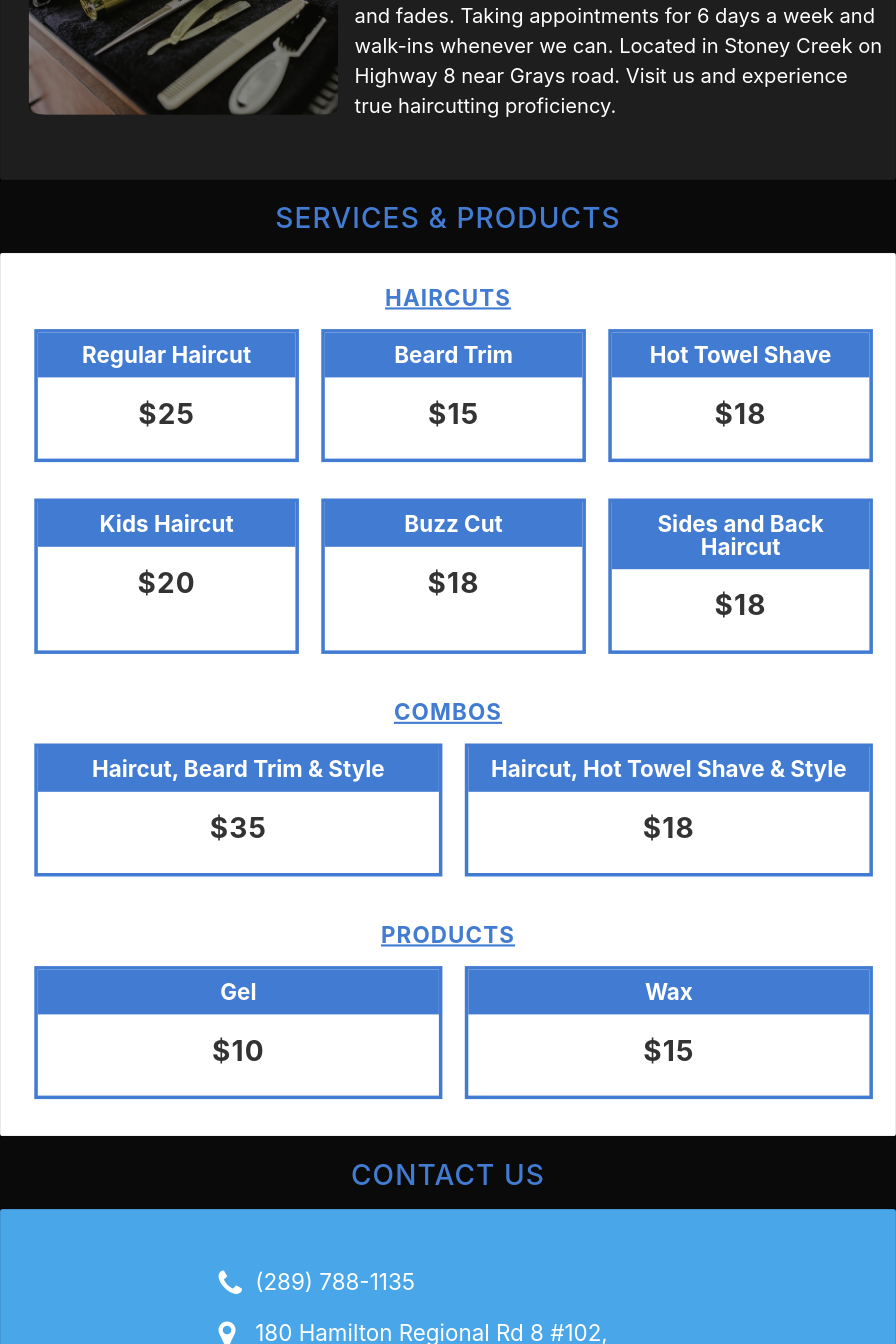
Repository: ofovweewere/haircutPal
Page: /
An editor plug-in stored every save of this project. The page is shown before and after the next save, followed by the edit.
The browser window is 1280 px wide. The pictures show the part of the page from y = 1163 to 3083 px (the page is 3742 px tall), at 70% of full size.
The project was rebuilt for these pictures with package versions that can differ from the ones it lists, and the page was loaded fresh each time. Also part of the build but not shown: src/tutorial/0-Practice/heading.js, src/tutorial/0-Practice/checkboxOption.js, src/tutorial/0-Practice/footing.js, src/tutorial/0-Practice/booking.js, src/tutorial/0-Practice/error.js.

Above is the page before, as saved 2022-06-24 04:46:16.

### public/index.html
<!DOCTYPE html>
<html lang="en">
  <head>
    <meta charset="utf-8" />
    <link rel="icon" href="%PUBLIC_URL%/favicon.ico" />
    <meta name="viewport" content="width=device-width, initial-scale=1" />
    <meta name="theme-color" content="#000000" />
    <meta
      name="description"
      content="Web site created using create-react-app"
    />
    <link rel="apple-touch-icon" href="%PUBLIC_URL%/logo192.png" />
    <!--
      manifest.json provides metadata used when your web app is installed on a
      user's mobile device or desktop. See https://developers.google.com/web/fundamentals/web-app-manifest/
    -->
    <link rel="manifest" href="%PUBLIC_URL%/manifest.json" />
    <!--
      Notice the use of %PUBLIC_URL% in the tags above.
      It will be replaced with the URL of the `public` folder during the build.
      Only files inside the `public` folder can be referenced from the HTML.

      Unlike "/favicon.ico" or "favicon.ico", "%PUBLIC_URL%/favicon.ico" will
      work correctly both with client-side routing and a non-root public URL.
      Learn how to configure a non-root public URL by running `npm run build`.
    -->
    <title>React App</title>
  </head>
  <body class="Site">
    <noscript>You need to enable JavaScript to run this app.</noscript>
    <div id="root"></div>
    <!--
      This HTML file is a template.
      If you open it directly in the browser, you will see an empty page.

      You can add webfonts, meta tags, or analytics to this file.
      The build step will place the bundled scripts into the <body> tag.

      To begin the development, run `npm start` or `yarn start`.
      To create a production bundle, use `npm run build` or `yarn build`.
    -->
  </body>
</html>

### src/index.js
import React from 'react';
import ReactDOM from 'react-dom';

import App from './App';
// import '../node_modules/jquery/dist/jquery.min.js';
import '../node_modules/bootstrap/dist/css/bootstrap.min.css';
import '../node_modules/bootstrap/dist/js/bootstrap.min.js';
import '../node_modules/font-awesome/css/font-awesome.min.css';

import './index.css';
ReactDOM.render(
  <React.StrictMode>
    <App />
  </React.StrictMode>,
  document.getElementById('root')
);

### src/App.js
import React from 'react';
import Setup from './tutorial/0-Practice/index.js';
// import Setup from './tutorial/2-useEffect/final/3-useEffect-fetch-data.js';
function App() {
  return (
    <div >
      <Setup />
    </div>
  );
  }

export default App;

### src/index.css
/*
===============
Variables
===============
*/

:root {
  /* dark shades of primary color*/
  --clr-primary-1: hsl(205, 86%, 17%);
  --clr-primary-2: hsl(205, 77%, 27%);
  --clr-primary-3: hsl(205, 72%, 37%);
  --clr-primary-4: hsl(205, 63%, 48%);
  /* primary/main color */
  --clr-primary-5: hsl(205, 78%, 60%);
  /* lighter shades of primary color */
  --clr-primary-6: hsl(205, 89%, 70%);
  --clr-primary-7: hsl(205, 90%, 76%);
  --clr-primary-8: hsl(205, 86%, 81%);
  --clr-primary-9: hsl(205, 90%, 88%);
  --clr-primary-10: hsl(205, 100%, 96%);
  /* darkest grey - used for headings */
  --clr-grey-1: hsl(209, 61%, 16%);
  --clr-grey-2: hsl(211, 39%, 23%);
  --clr-grey-3: hsl(209, 34%, 30%);
  --clr-grey-4: hsl(209, 28%, 39%);
  /* grey used for paragraphs */
  --clr-grey-5: hsl(210, 22%, 49%);
  --clr-grey-6: hsl(209, 23%, 60%);
  --clr-grey-7: hsl(211, 27%, 70%);
  --clr-grey-8: hsl(210, 31%, 80%);
  --clr-grey-9: hsl(212, 33%, 89%);
  --clr-grey-10: hsl(210, 36%, 96%);
  --clr-white: #fff;
  --clr-red-dark: hsl(360, 67%, 44%);
  --clr-red-light: hsl(360, 71%, 66%);
  --clr-green-dark: hsl(125, 67%, 44%);
  --clr-green-light: hsl(125, 71%, 66%);
  --clr-black: #222;
  --transition: all 0.3s linear;
  --spacing: 0.1rem;
  --radius: 0.25rem;
  --light-shadow: 0 5px 15px rgba(0, 0, 0, 0.1);
  --dark-shadow: 0 5px 15px rgba(0, 0, 0, 0.4);
  --max-width: 1170px;
  --fixed-width: 450px;
  --clr-orange-1: hsl(12, 83%, 98%);
  --clr-orange-2: hsl(14, 91%, 95%);
  --clr-orange-3: hsl(12, 89%, 89%);
  --clr-orange-4: hsl(13, 87%, 82%);
  --clr-orange-5: hsl(13, 88%, 68%);
  --clr-orange-6: hsl(13, 88%, 55%);
  --clr-orange-7: hsl(13, 74%, 49%);
  --clr-orange-8: hsl(13, 74%, 33%);
  --clr-orange-9: hsl(13, 73%, 25%);
  --clr-orange-10: hsl(13, 73%, 16%);
}
/*
===============
Global Styles
===============
*/

*,
::after,
::before {
  margin: 0;
  padding: 0;
  box-sizing: border-box;
}
body {
  font-family: -apple-system, BlinkMacSystemFont, 'Segoe UI', Roboto, Oxygen,
    Ubuntu, Cantarell, 'Open Sans', 'Helvetica Neue', sans-serif;
  background: var(--clr-grey-10);
  color: var(--clr-grey-1);
  line-height: 1.5;
  font-size: 0.875rem;
}
.Site {
  display: flex;
  min-height: 100vh;
  flex-direction: column;
}
.Site-content {
  flex: 1;
}
.bold
{
  font-weight:bold;
}

.nav-link {
color:#427bd2 ;
font-weight: bold;
}
.breakSection
{
  color:#427bd2 ;
font-weight: normal;
width: 100%;
min-height:6.5rem;
background:#0a0a0a;
}


ul {
  list-style-type: none;
}
a {
  text-decoration: none;
}
h1,
h2,
h3,
h4,
.under,
.titleDescription {
  letter-spacing: var(--spacing);
  text-transform: capitalize;
  line-height: 1.25;
  margin-bottom: 0.75rem;
}
h1 {
  font-size: 3rem;
}
h2,.titleDescription {
  font-size: 2rem;
}

.under
{
  margin-top:2rem;
}
.under, .title, .contact {
  font-size: 1.5rem;
}

 .smallText {
    font-size: 1rem;
  }

  .smallTextTwo {
    font-size: 1.1rem;
  }

h3 {
  font-size: 1.25rem;
},
.h3 {
    font-size: 1.0rem;
  },
h4 {
  font-size: 0.875rem;
}
p {
  margin-bottom: 1.25rem;
  color: var(--clr-grey-5);
}



  /* @media screen and (max-width: 767px) {
    #navbarSupportedContent
        {
            position: fixed !important;
            right: 5rem;
            left: 5rem;
            top:7.3rem;
            background-color: #fff !important;
            border-color: #427bd2 transparent transparent transparent;
            border-style:solid;
        }



  }       */

/* The containers */
.containers {
  display: block;
  position: relative;
  padding-left: 2.188rem;
  margin-bottom: 0.75rem;
  cursor: pointer;
  font-size: 1.375rem;
  -webkit-user-select: none;
  -moz-user-select: none;
  -ms-user-select: none;
  user-select: none;
}

/* Hide the browser's default checkbox */
.containers input {
  position: absolute;
  opacity: 0;
  cursor: pointer;
  height: 0;
  width: 0;
}

/* Create a custom checkbox */
.checkmark {
  position: absolute;
  top: 0;
  left: 0;
  height: 1.563rem;
  width: 1.563rem;
  background-color: #eee;
}

/* On mouse-over, add a grey background color */
.containers:hover input ~ .checkmark {
   /* background-color: #ccc; */
}

/* When the checkbox is checked, add a blue background */
.containers input:checked ~ .checkmark {
   background-color: #2196F3;
}

/* Create the checkmark/indicator (hidden when not checked) */
.checkmark:after {
  content: "";
  position: absolute;
  display: none;
  box-sizing: content-box !important;
}

/* Show the checkmark when checked */
.containers input:checked ~ .checkmark:after {
  display: block;
  box-sizing: content-box !important;
}

/* Style the checkmark/indicator */
.containers .checkmark:after {
  left: 0.563rem;
  top:0.313rem;
  width:0.313rem;
  height: 0.625rem;
  border: solid white;
  border-width: 0 0.188rem 0.188rem 0;
  -webkit-transform: rotate(45deg);
  -ms-transform: rotate(45deg);
  transform: rotate(45deg);
  box-sizing: content-box !important;
}

.hovering div:hover
{
  background:#f3f8fc;
}
@media screen and (min-width: 800px) {
  .about{
    display:flex;
  }
  .haircuts, .haircutsCombo
{
  display:grid;
}
  h1 {
    font-size: 4rem;
  }
  h2,.titleDescription {
    font-size: 2.5rem;
  }

   .under,.title, .contact {
    font-size: 2rem;
  }

   .smallText {
    font-size: 1.2rem;
  }

   .smallTextTwo {
    font-size: 1.3rem;
  }

  h3 {
    font-size: 1.33rem;
  },
  .h3 {
    font-size: 1.0rem;
  },
  h4 {
    font-size: 1rem;
  }
  body {
    font-size: 1rem;
  }
  h1,
  h2,
  h3,
  h4,
  .under,.title, .titleDescription{
    line-height: 1;
  }
}
/*  global classes */

/* section */
.section,
/* .container {
  width: 90vw;
  margin: 0 auto;
  max-width: var(--max-width);
} */

@media screen and (min-width: 992px) {
  .about{
    display:flex;
  }
  .haircuts,.haircutsCombo
{
  display:grid;
}
  .section {
    width: 95vw;
  }
}

/* .container {
  text-align: center;
  margin-top: 0;
} */
.btn {
  display: inline-block;
  background: var(--clr-primary-5);
  color: var(--clr-white);
  padding: 0.25rem 0.75rem;
  border-radius: var(--radius);
  border-color: transparent;
  text-transform: capitalize;
  font-size: 1rem;
  letter-spacing: var(--spacing);
  margin-top: 2rem;
  margin-left: 0.5rem;
  margin-right: 0.5rem;
  cursor: pointer;
  transition: var(--transition);
}
.btn:hover {
  background: var(--clr-primary-1);
  color: var(--clr-primary-5);
}
.item {
  background: var(--clr-white);
  display: flex;
  justify-content: space-between;
  max-width: var(--fixed-width);
  margin: 2rem auto;
  align-items: center;
  border-radius: var(--radius);
}
.item button,
.item a {
  background: transparent;
  border-color: transparent;
  color: var(--clr-primary-5);
  letter-spacing: var(--spacing);
  cursor: pointer;
}
.item {
  padding: 1rem 2rem;
}
.item h4 {
  margin-bottom: 0;
}
.item p {
  margin-bottom: 0;
}
.modal {
  position: absolute;
  top: 2rem;
  left: 50%;
  transform: translateX(-50%);
  background: var(--clr-white);
  display: inline-block;
  padding: 0.25rem 1rem;
  border-radius: var(--radius);
  text-transform: capitalize;
}

.modal p {
  margin-bottom: 0;
  color: var(--clr-red-dark);
}
.form {
  background: var(--clr-white);
  max-width: var(--fixed-width);
  margin: 0 auto;
  margin-bottom: 4rem;
  padding: 1rem 2rem;
  border-radius: var(--radius);
}
.form input {
  background: var(--clr-grey-10);
  border-color: transparent;
  border-radius: var(--radius);
  padding: 0.25rem 0.5rem;
}
.form-control {
  margin: 0.5rem 0;
  display: grid;
  grid-template-columns: 100px 1fr;
  align-items: center;
}
.form button {
  display: inline-block;
  background: var(--clr-black);
  color: var(--clr-white);
  border-color: transparent;
  margin-top: 1rem;
  letter-spacing: var(--spacing);
  padding: 0.15rem 0.25rem;
  text-transform: capitalize;
  border-radius: var(--radius);
  cursor: pointer;
}
.nav-links {
  max-width: var(--fixed-width);
  margin: 0 auto;
  margin-bottom: 4rem;
  display: grid;
  grid-template-columns: repeat(3, 1fr);
}




.haircutsCombo {



  grid-template-columns: repeat(2, minmax(0, 1fr));
   gap: 2rem;
  margin: 1rem 1rem 1rem 2rem;
}

.haircutsCombo > p {
  border: 5px solid #427bd2;
  overflow-wrap: break-word;
}

.haircuts {



  grid-template-columns: repeat(3, minmax(0, 1fr));
   gap: 2rem;
  margin: 1rem 1rem 1rem 2rem;
}

.haircuts > p {
  border: 5px solid #427bd2;
  overflow-wrap: break-word;
}

.title
{
  font-weight: bold;
  color: #fff;
  background:#427bd2;
  padding: 1rem;
  text-align: center;
}

.contact > div
{
  font-weight: normal;


  padding: 2rem;

}


td
{
  vertical-align:top;

}
.table
{
  color: white;
}
table {
  border-collapse: separate;
  border-spacing: 1rem 1rem ;
}
.titleDescription
{
  display: flex;
  align-items: center;
  justify-content: center;
  color:#333;
  padding:2rem;
font-weight: bold;


}

.nav-links a {
  color: var(--clr-grey-5);
}
.users {
  display: grid;
  grid-template-columns: repeat(auto-fit, minmax(300px, 1fr));
  gap: 2rem;
  margin: 3rem auto;
}
.users li {
  width: 100%;
  display: flex;
  align-items: center;
  background: var(--clr-white);
  padding: 1rem 2rem;
  border-radius: var(--radius);
  text-align: left;
}
.users img {
  width: 50px;
  height: 50px;
  border-radius: 50%;
  margin-right: 1rem;
}
.users h4 {
  margin-bottom: 0.15rem;
}
.users a {
  color: var(--clr-grey-5);
  text-transform: capitalize;
}

.products {
  margin: 4rem 0;
  display: grid;
  gap: 2rem;
}
@media screen and (min-width: 576px) {
  .products {
    grid-template-columns: repeat(auto-fit, minmax(300px, 1fr));
  }
}
.product {
  background: var(--clr-white);
  border-radius: var(--radius);
}
.product img {
  border-top-left-radius: var(--radius);
  border-top-right-radius: var(--radius);

  width: 100%;
  height: 15rem;
  object-fit: cover;
}
.product h4 {
  margin-top: 1rem;
}

.product button {
  margin-bottom: 1rem;
  background: var(--clr-primary-5);
  border-radius: var(--radius);
  border-color: transparent;
  color: var(--clr-white);
  padding: 0.25rem 0.5rem;
  text-transform: capitalize;
  cursor: pointer;
}

### src/tutorial/0-Practice/index.js
import React, { useState, useEffect } from 'react';

import Header from './header.js';
import Footer from './footer.js';
import Landing from './landing.js';
import Booking from './booking.js';
import Error from './error.js';
// react router
import { BrowserRouter as Router, Route, Switch } from 'react-router-dom';
const UseEffectFetchData = () => {

  return (
    <body className="Site" style={{backgroundColor:'black'}}>

      <Router>
      <Header />
       <main class="Site-content" >
      <Switch>
        <Route exact path='/'>
          <Landing/>
        </Route>
        <Route exact path='/landing'>
          <Landing/>
        </Route>
        <Route path='/services'>
         <Booking/>
        </Route>

        <Route path='*'>
          <Error />
        </Route>
      </Switch>
       </main>
       <Footer />
    </Router>




    </body>
  );
};

export default UseEffectFetchData;

### src/tutorial/0-Practice/footer.js
import React, { useState, useEffect } from 'react';
import companyLogo from '../../assets/logo.png';

const Footer = () => {

  return (
    <>
      <nav  style={{ backgroundColor: '#0a0a0a', display: 'flex',minHeight: '17rem',justifyContent: 'center', alignItems:'end' }}>
        <div class="container-fluid" style={{ color: '#cecece', alignSelf:'center', width:'auto'  }}>
          <h3 >&copy; Copyright 2021 BarberPal </h3>

          <div>
            <h3  > Designed by 070</h3>
          </div>
        </div>
      </nav>
    </>
  );
};

export default Footer;

### src/tutorial/0-Practice/landing.js
import React, { useState, useEffect } from 'react';


import BookCutOne from './bookCut.js';
import BreakSection from './breakSection.js';
import About from './about.js';
import Services from './servicesAndProducts.js';
import Contact from './contact.js';


// second argument

const Landing = () => {

  return (

     < >
     <BookCutOne  />
        <BreakSection title="ABOUT" ID='about' />
        <About />
        <BreakSection title="SERVICES & PRODUCTS" ID='services' />
        <Services />
        <BreakSection title="CONTACT US" ID='contact' />
        <Contact />
     </>




  );
};

export default Landing;

### src/tutorial/0-Practice/bookCut.js
import React from 'react';
import backgroundImage from '../../assets/backgroundImage.jpg';

const BookCutOne = () => {


  return (
    <>
      <div
        className="card"
        loading="lazy"
        id="mainView"
        style={{
          width: '100%',
          minHeight: '45rem',
          backgroundBlendMode: 'multiply',
          backgroundImage: `url(${backgroundImage})`,
          backgroundRepeat: 'no-repeat',
          backgroundSize: 'cover',
          backgroundPosition: 'center top',
        }}
      >
        <div
          class="card-body"
          style={{ display: 'flex', alignItems: 'end', justifyContent: 'center' }}
        >
          <button className="btn" style={{ fontSize: '2.8rem' }}>
            Book a Haircut
          </button>
        </div>
      </div>
    </>
  );
};

export default BookCutOne;

### src/tutorial/0-Practice/breakSection.js
import React, { useState, useEffect } from 'react';

const BreakSection = ({ title, ID, background, color }) => {
  const [elementClass, setClass] = useState(
    window.innerWidth < 992
      ? '0px'
      : '100px'
  );
  const checkSize = () => {
    if (window.innerWidth < 992) {
      setClass('0px');
    } else {
      setClass('100px');
    }
  };
  useEffect(() => {

    window.addEventListener('resize', checkSize);
    return () => {
      window.removeEventListener('resize', checkSize);
    };
  }, []);
  return (
    <>
      <div className="card breakSection" id={ID} style={{ scrollMarginTop: elementClass, background:background, color:color }}>
        <div
          class="card-body"
          style={{ display: 'flex', alignItems: 'end', justifyContent: 'center' }}
        >
          <h2>{title}</h2>
        </div>
      </div>
    </>
  );
};

export default BreakSection;

### src/tutorial/0-Practice/about.js
import React from 'react';
import tools from '../../assets/tools4.jpg';
const About = () => {
  return (
    <>
      <div
        className="card"
        style={{
          color: 'var(--clr-white)',
          width: '100%',
          minHeight: '30rem',
          background: '#1e1e1e',
        }}
      >
        <div
          class="card-body about"
          style={{ alignItems: 'center', justifyContent: 'center', flexGrow: '1' }}
        >
          <div>
            <img
              src={tools}
              alt="tools"
              loading='lazy'
              style={{
                padding: '1.5rem',
                width: '100%',
                minHeight: '10rem',
                borderRadius: '10%',
              }}
            />
          </div>
          <div style={{ flexGrow: '1' }}>
            <h2> WELCOME TO OUR BARBERSHOP</h2>
            <p class="card-text" style={{ fontSize: '1.8rem', color: 'var(--clr-white)' }}>
              We are a modern barbershop with our young and talented barbers offering all kinds of
              haircuts, shaves, and fades. Taking appointments for 6 days a week and walk-ins
              whenever we can. Located in Stoney Creek on Highway 8 near Grays road. Visit us and
              experience true haircutting proficiency.
            </p>
          </div>
        </div>
      </div>
    </>
  );
};

export default About;

### src/tutorial/0-Practice/contact.js
import React from 'react';

const Contact = ({title}) => {


  return (
    <>
      <div
          className="card"
          style={{
            color: 'var(--clr-white)',
            width: '100%',
            minHeight: '30rem',
            background: 'var(--clr-primary-5)',
          }}
        >
          <div
            class="card-body contact "
            style={{
              display: 'flex',
              alignItems: 'center',
              justifyContent: 'center',
              flexGrow: '1',
              flexDirection: 'column',
            }}
          >
            <div className="whiteParagraph">
              <table className="whiteParagraphTab">
                <thead>
                  <tr>
                    <th></th>
                    <th></th>
                  </tr>
                </thead>
                <tbody>
                  <tr>
                    <td>
                      <i class="fa fa-phone fa-lg table"></i>
                    </td>
                    <td>(289) 788-1135</td>
                  </tr>

                  <tr>
                    <td>
                      <i class="fa fa-map-marker fa-lg table"></i>
                    </td>
                    <td>
                      180 Hamilton Regional Rd 8 #102,<br></br>Stoney Creek, ON L8G 1C3
                    </td>
                  </tr>


                  <tr>
                    <td>
                      <i class="fa fa-clock-o fa-lg table"></i>
                    </td>
                    <td>Tuesday – Thursday: 12:00pm – 8:00pm</td>
                  </tr>

                  <tr>
                    <td></td>
                    <td>Friday – Saturday: 11:00am – 8:00pm</td>
                  </tr>

                  <tr>
                    <td></td>
                    <td>Sunday: 11:00am – 6:00pm</td>
                  </tr>

                  <tr>
                    <td></td>
                    <td>Monday: Closed</td>
                  </tr>
                </tbody>
              </table>
            </div>
          </div>
        </div>
    </>
  );
};

export default Contact;

Loaded but not shown: src/tutorial/0-Practice/servicesAndProducts.js (141 lines, source omitted); src/tutorial/0-Practice/header.js (115 lines, source omitted); src/tutorial/0-Practice/dummyHeader.js (107 lines, source omitted)

After the next save:
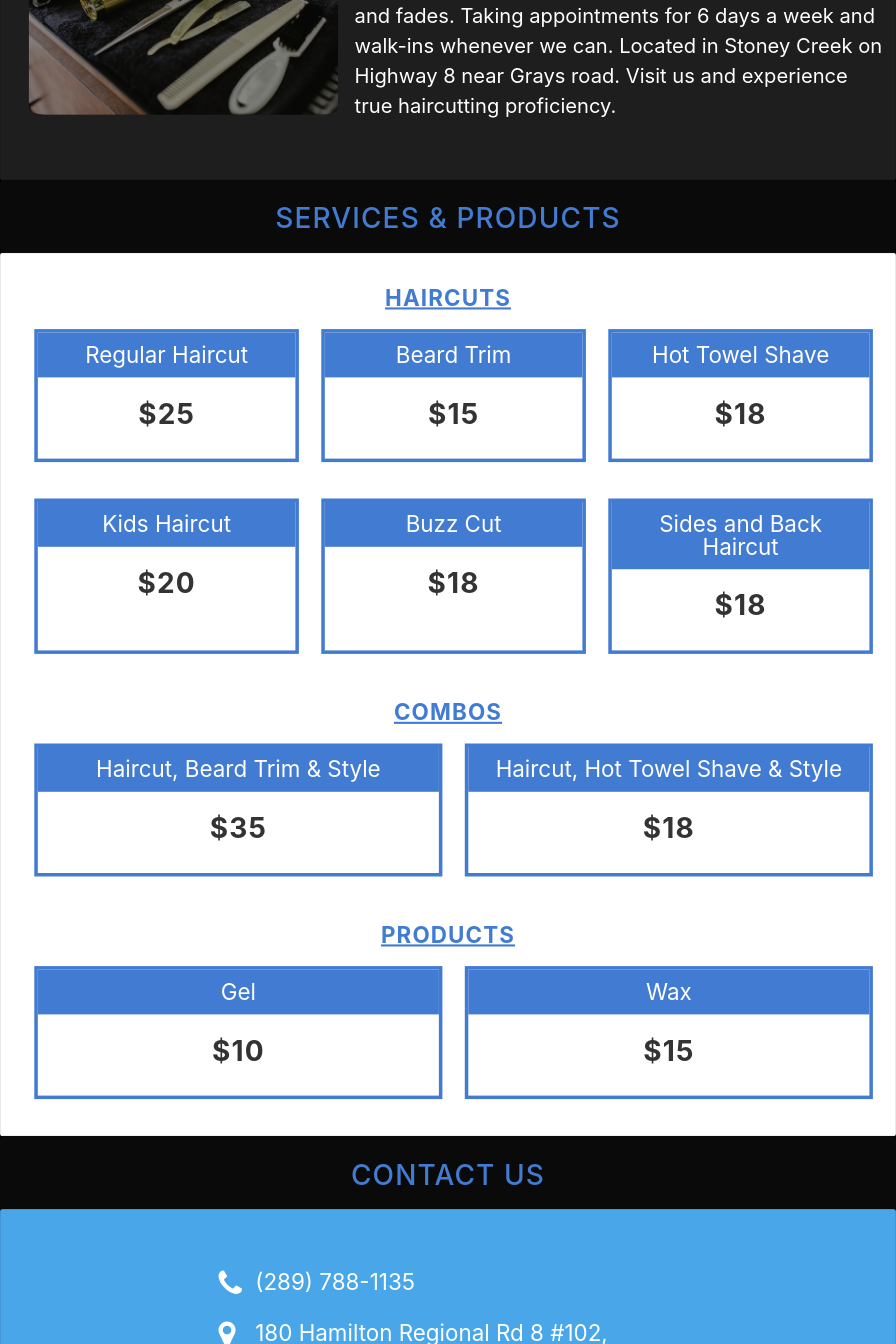
Saved 4 min 42 s later.
--- a/src/index.css
+++ b/src/index.css
@@ -458,7 +458,7 @@ p {
 
 .title
 {
-  font-weight: bold;
+  font-weight: normal;
   color: #fff;
   background:#427bd2;
   padding: 1rem;
